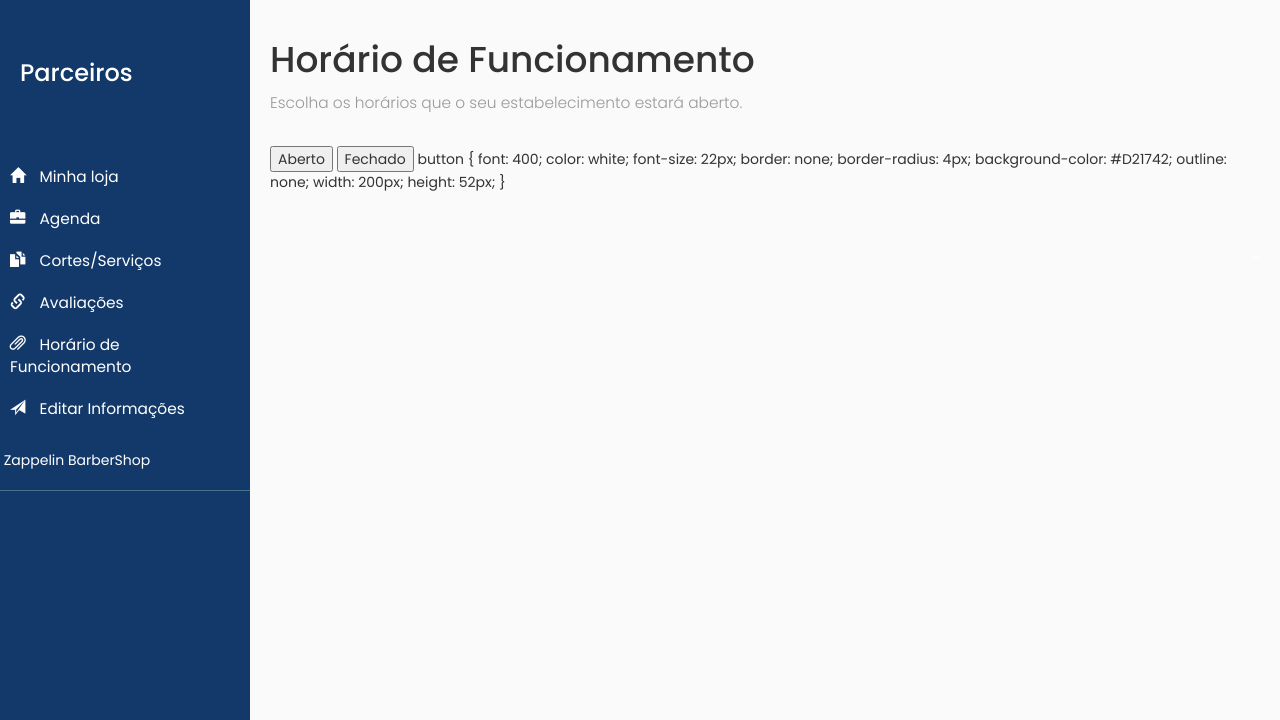
Repository: aquilesascar/barberconnect
Page: http://localhost/horario.php
An editor plug-in stored every save of this project. The page is shown before and after a run of saves, followed by the edit.
The browser window is 1280 px wide. The pictures show the whole page.
The page is run by PHP 8.4 with error messages shown; the project is at /var/www/html/.

Above is the page before, as saved 2023-10-09 13:51:02.

### horario.php
<!DOCTYPE html>
<html lang="en">

<head>
    <meta charset="UTF-8">
    <meta http-equiv="X-UA-Compatible" content="IE=edge">
    <meta name="viewport" content="width=device-width, initial-scale=1.0">
    <title>Document</title>

    <!-- Bootstrap CSS CDN -->
    <link rel="stylesheet" href="https://maxcdn.bootstrapcdn.com/bootstrap/3.3.7/css/bootstrap.min.css">
    <!-- Our Custom CSS -->
    <link rel="stylesheet" href="../TCC/assets/css/style4.css">
    <style>


    </style>

</head>

<body>
    <div class="wrapper">
        <?php
        //INCLUSÃO DO MENU
        include_once('menu.php');
        ?>
        <div id="content">

            <h1>Horário de Funcionamento</h1>
            <p>Escolha os horários que o seu estabelecimento estará aberto.</p>
            <br>

            <button id="botao1" onclick="selecionarBotao(1)">Aberto</button>

            <button id="botao2" onclick="selecionarBotao(2)">Fechado</button>

            button {
                    font: 400;

                    color: white;
                    font-size: 22px;
                    border: none;
                    border-radius: 4px;
                    background-color: #D21742;
                    outline: none;
                    width: 200px;
                    height: 52px;
                }

        </div>
    </div>

    <script>
        function selecionarBotao(botaoSelecionado) {
            // Desativa o botão que foi clicado
            document.getElementById('botao' + botaoSelecionado).disabled = true;

            // Ativa o outro botão
            var outroBotao = botaoSelecionado === 1 ? 2 : 1;
            document.getElementById('botao' + outroBotao).disabled = false;
        }
    </script>



</body>

</html>

### menu.php
<nav id="sidebar">
    <div class="sidebar-header">
        <h3>Parceiros</h3>
        <strong>BC</strong>
    </div>

    <ul class="list-unstyled components">
        <li>
            <a href="index4.php">
                <i class="glyphicon glyphicon-home"></i>
                Minha loja
            </a>

        </li>
        <li>
            <a href="agenda.php">
                <i class="glyphicon glyphicon-briefcase"></i>
                Agenda
            </a>

            <a href="corteclassico.php" aria-expanded="false">
                <i class="glyphicon glyphicon-duplicate"></i>
                Cortes/Serviços
            </a>
        </li>
        <li>
            <a href="avaliacoes.php">
                <i class="glyphicon glyphicon-link"></i>
                Avaliações
            </a>
        </li>
        <li>
            <a href="horario.php">
                <i class="glyphicon glyphicon-paperclip"></i>
                Horário de Funcionamento
            </a>
        </li>
        <li>
            <a href="#">
                <i class="glyphicon glyphicon-send"></i>
                Editar Informações
            </a>
        </li>
        <li>
            <a href="#"></a>
            <i class="glyphicon glyphicon-logout"></i>
            Zappelin BarberShop
        </li>
    </ul>

</nav>

### assets/css/style4.css
@import "https://fonts.googleapis.com/css?family=Poppins:300,400,500,600,700";

.form-check form-switch {
    text-align: justify;
}

h2 {
    padding-top: 20px;
}

h3 {
    padding-bottom: 20px;
    padding-top: 20px;
}

#sidebarCollapse {
    display: flex;
    align-items: center;
    justify-content: center;
}

#sidebarCollapse:hover {

    background-color: #05234b;
    color: white;
    align-items: center;
}

#lorem{
    color: #fafafa;
    font-size: 14px;
    user-select: none; /* Evita a seleção de texto */
    cursor: default;   /* Mantém o cursor padrão */
}


.coverImg {
    display: flex;
    justify-content: center;
}

.cover {
    border-radius: 8px;
}

.images {
    padding-bottom: 6% !important;
}

.linha{
    padding-bottom: 3%;
}

.filtros button {
    align-items: center !important;
    justify-content: center;
    border-radius: 25px !important;
    padding: 5px 17px;
    background-color: transparent;
    border-color: #8c8c8c !important;
    color: #8c8c8c;
    font-size: 16px !important;
    margin-right: 20px;
    font-weight: 450;
}

.filtros button:hover {
    background-color: transparent !important;
    /* Remove a mudança de cor de fundo */
    border-color: #6a6a6a !important;
    /* Remove a mudança de cor da borda */
    color: #6a6a6a !important;
    /* Remove a mudança de cor do texto */
}

.btn-primary {
    align-items: center !important;
    justify-content: center;
    border-radius: 5px !important;
    background-color: transparent;
    border-color: #080808 !important;
    color: #8c8c8c;
    font-size: 13px;
    margin-right: 20px;
    font-weight: 450;
}

.btn-primary:hover {
    background-color: transparent !important;
    /* Remove a mudança de cor de fundo */
    border-color: #6a6a6a !important;
    /* Remove a mudança de cor da borda */
    color: #6a6a6a !important;
    /* Remove a mudança de cor do texto */
}

.filtros {
    padding-bottom: 1%;

}

.divForm {
    margin-left: 10%;
    margin-right: 10%;
    border-radius: 6px;
    background-color: white;
    position: relative;
}

.divTable {
    border-radius: 6px;
    background-color: white;
    position: relative;
    box-shadow: 0 4px 8px 0 rgba(0, 0, 0, 0.2);
}

.divTable table {
    width: 100%;
    border-collapse: collapse;
    font-family: Arial, sans-serif;
}

.divTable th {
    background-color: #13396B;
    color: white;
    padding: 10px;
    text-align: center;
}

.divTable td {
    padding: 18px;
    text-align: center;
    border-bottom: 1px solid #ddd;
}

.divTable tr:hover {
    background-color: #f5f5f5;
}

.divTable caption {
    caption-side: top;
    text-align: center;
    font-weight: bold;
}


.barberItem {
    box-sizing: border-box;
    width: calc(100% / 3 - 10px);
    height: 200px;
    display: inline-block;
    position: relative;
    border-radius: 15px; /* Adiciona bordas arredondadas */
    box-shadow: 0 4px 8px 0 rgba(0,0,0,0.2); /* Adiciona sombra */
    transition: transform 0.4s ease, box-shadow 0.2s ease;
    background-color: #ffffff; /* Adiciona cor de fundo */
    padding: 10px 20px;
    margin-right: 6px;
    margin-bottom: 20px; /* Espaçamento entre as linhas */
}

.barberItem:hover {
    border-color: #6a6a6a !important;
    cursor: pointer;
}

.barberItem p {
    padding-left: 15%;
    font-size: 20px !important;
    padding-bottom: 20% !important;
    display: inline-block !important;
}

.barberText {
    margin-left: 85px;
    font-size: 24px;
    align-items: center;
    position: relative;
    top: -78px;
}

.description {
    padding-top: 4%;
}

.itemDescription {
    color: #8c8c8c;
    display: block;
    padding-bottom: 5%;
}

.price {
    padding-top: 5%;
    font-weight: 700;
    font-size: 20px;
}

.infos {
    position: relative;
    top: -1px;
    display: flex;
    justify-content: space-between;
    /* Isso substituirá a necessidade de float: right; */
}

.rightInfo {
    clear: both;
}

.itemName {
    font-size: 20px;
    font-weight: 600;
    position: relative;
}

.bi-star-fill {
    font-size: 16px;

}

.barberInfo {
    padding-top: 5%;
    font-size: 16px;
}

.avaliacao {
    color: rgb(255, 213, 0);
    text-decoration: underline;
    transition: color 0.2s ease;
}

.avaliacao:hover {
    cursor: pointer;
    color: rgb(251, 209, 0);
}

.distancia {
    color: rgba(0, 0, 0, 0.45);
}

.barberText {
    padding-top: 3px;
    font-size: 16px;
}

.barberName {
    font-size: 24px;
    font-weight: 700;
    position: relative;

}

.images img {
    padding-right: 3% !important;
}

body {
    font-family: 'Poppins', sans-serif;
    background: #fafafa;
}

p {
    font-family: 'Poppins', sans-serif;
    font-size: 1.1em;
    font-weight: 300;
    line-height: 1.7em;
    color: #999;
}

a,
a:hover,
a:focus {
    color: inherit;
    text-decoration: none;
    transition: all 0.3s;
}

.navbar {
    padding: 15px 10px;
    background: #fff;
    border: none;
    border-radius: 0;
    margin-bottom: 40px;
    box-shadow: 1px 1px 3px rgba(0, 0, 0, 0.1);
}

.minImg {
    position: absolute;
    right: 0;
    top: 50%;
    transform: translateY(-50%);
    padding-right: 5%;

}


.images img {
    padding-right: 3% !important;
}

.navbar-btn {
    box-shadow: none;
    outline: none !important;
    border: none;
    color: #ffffff;
    background-color: #13396B;
}

.line {
    width: 100%;
    height: 1px;
    border-bottom: 1px dashed #ddd;
    margin: 40px 0;
}

i,
span {
    display: inline-block;
}

/* ---------------------------------------------------
    SIDEBAR STYLE
----------------------------------------------------- */
.wrapper {
    display: flex;
    height: 100%;
    /*align-items: stretch;*/
}

#agenda {
    background-color: #13396B !important;
    color: white;
    cursor: default;
}

#thData:hover {
    cursor: pointer;
}

#sidebar {
    min-width: 250px;
    max-width: 250px;
    background: #13396B;
    color: #ffffff;
    transition: all 0.3s;
}

#sidebar.active {
    min-width: 80px;
    max-width: 80px;
    text-align: center;
}

#sidebar.active .sidebar-header h3,
#sidebar.active .CTAs {
    display: none;
}

#sidebar.active .sidebar-header strong {
    display: block;
}

#sidebar ul li a {
    text-align: left;
}

#sidebar.active ul li a {
    padding: 20px 10px;
    text-align: center;
    font-size: 0.85em;
}

#sidebar.active ul li a i {
    margin-right: 0;
    display: block;
    font-size: 1.8em;
    margin-bottom: 5px;
}

#sidebar.active ul ul a {
    padding: 10px !important;
}

#sidebar.active a[aria-expanded="false"]::before,
#sidebar.active a[aria-expanded="true"]::before {
    top: auto;
    bottom: 5px;
    right: 50%;
    -webkit-transform: translateX(50%);
    -ms-transform: translateX(50%);
    transform: translateX(50%);
}

#sidebar .sidebar-header {
    padding: 20px;
    background: #13396B;
}

#sidebar .sidebar-header strong {
    display: none;
    font-size: 1.8em;
}

#sidebar ul.components {
    padding: 20px 0;
    border-bottom: 1px solid #47748b;
}

#sidebar ul li a {
    padding: 10px;
    font-size: 1.1em;
    display: block;
}

#sidebar ul li a:hover {
    color: #13396B;
    background: #fff;
}

#sidebar ul li a i {
    margin-right: 10px;
}

#sidebar ul li.active>a,
a[aria-expanded="true"] {
    color: #fff;
    background: #13396B;
}


a[data-toggle="collapse"] {
    position: relative;
}

a[aria-expanded="false"]::before,
a[aria-expanded="true"]::before {
    content: '\e259';
    display: block;
    position: absolute;
    right: 20px;
    font-family: 'Glyphicons Halflings';
    font-size: 0.6em;
}

a[aria-expanded="true"]::before {
    content: '\e260';
}


ul ul a {
    font-size: 0.9em !important;
    padding-left: 30px !important;
    background: #13396B;
}

ul.CTAs {
    padding: 20px;
}

ul.CTAs a {
    text-align: center;
    font-size: 0.9em !important;
    display: block;
    border-radius: 5px;
    margin-bottom: 5px;
}

a.download {
    background: #13396B;
    color: #13396B;
}

a.article,
a.article:hover {
    background: #13396B !important;
    color: #fff !important;
}

#imgCorte {
    width: 100px;
}

/* ---------------------------------------------------
    CONTENT STYLE
----------------------------------------------------- */
#content {
    padding: 20px;
    min-height: 100vh;
    transition: all 0.3s;
}


/* ---------------------------------------------------
    MEDIAQUERIES
----------------------------------------------------- */
@media (max-width: 768px) {
    #sidebar {
        min-width: 80px;
        max-width: 80px;
        text-align: center;
        margin-left: -80px !important;
    }

    a[aria-expanded="false"]::before,
    a[aria-expanded="true"]::before {
        top: auto;
        bottom: 5px;
        right: 50%;
        -webkit-transform: translateX(50%);
        -ms-transform: translateX(50%);
        transform: translateX(50%);
    }

    #sidebar.active {
        margin-left: 0 !important;
    }

    #sidebar .sidebar-header h3,
    #sidebar .CTAs {
        display: none;
    }

    #sidebar .sidebar-header strong {
        display: block;
    }

    #sidebar ul li a {
        padding: 20px 10px;
    }

    #sidebar ul li a span {
        font-size: 0.85em;
    }

    #sidebar ul li a i {
        margin-right: 0;
        display: block;
    }

    #sidebar ul ul a {
        padding: 10px !important;
    }

    #sidebar ul li a i {
        font-size: 1.3em;
    }

    #sidebar {
        margin-left: 0;
    }

    #sidebarCollapse span {
        display: none;
    }
}

After the next 2 saves:
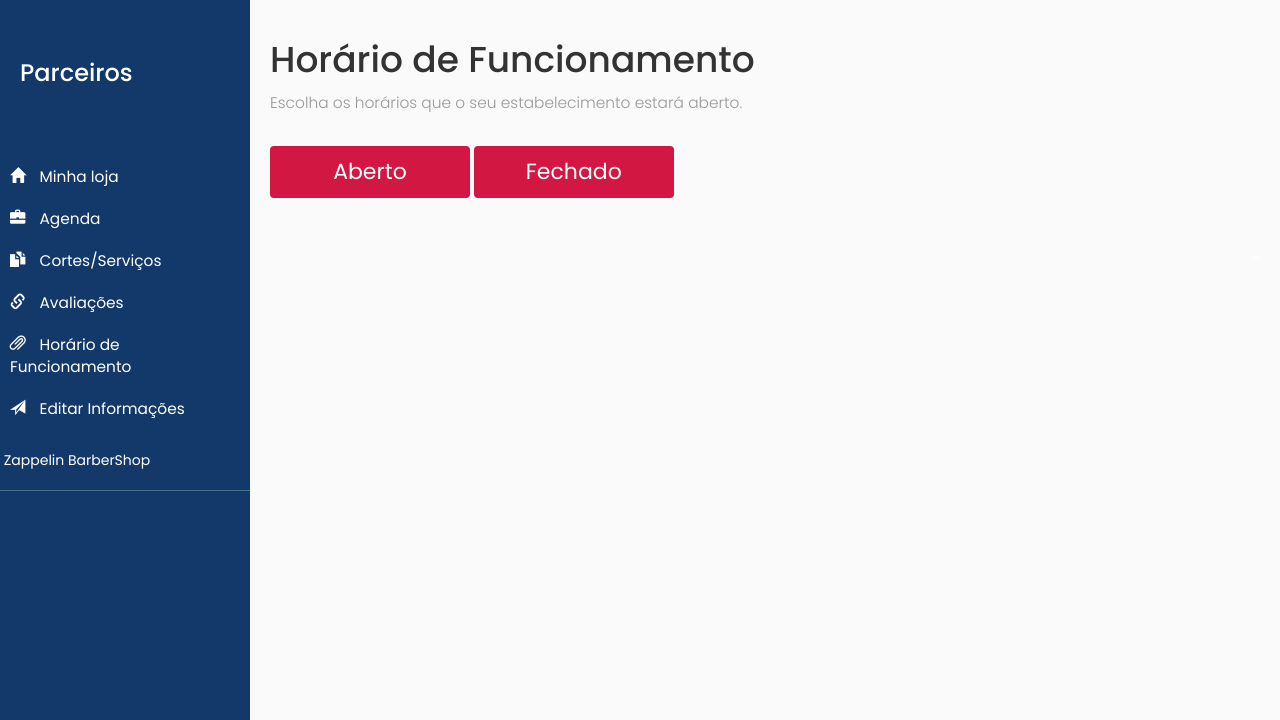
The 2 saves are shown as one change because they came seconds apart.
The last was saved 9 s later.
--- a/horario.php
+++ b/horario.php
@@ -34,6 +34,7 @@
 
             <button id="botao2" onclick="selecionarBotao(2)">Fechado</button>
 
+            <style>
             button {
                     font: 400;
 
